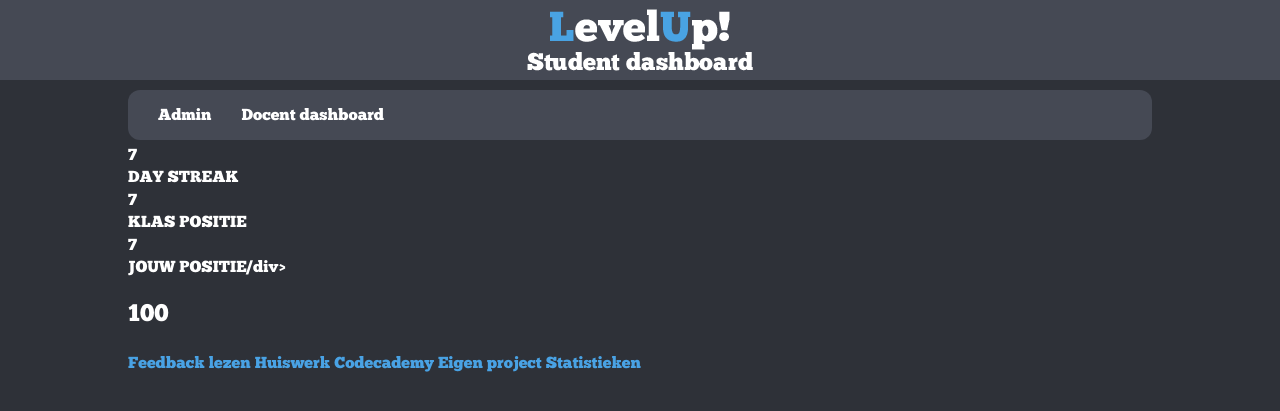
Repository: boblanckenburg/levelup
Page: website/src/index.html
These files come from the project's save history. The page is drawn as it stood at one moment and after the next save; the edit follows.
The browser window is 1280 px wide. The pictures show the whole page.

Above is the page before, as saved 2014-10-07 13:13:35.

### website/src/index.html
<!doctype html>
<html class="no-js" id="html" lang="">
    <head>
        <meta charset="utf-8">
        <meta http-equiv="X-UA-Compatible" content="IE=edge">
        <title>LevelUp</title>
        <meta name="description" content="">
        <meta name="viewport" content="width=device-width, initial-scale=1">

        <!-- Place favicon.ico and apple-touch-icon(s) in the root directory -->

        <link rel="stylesheet" href="css/main.css">
        <script src="js/main.js"></script>
        <script src="js/vendor/modernizr-2.8.3.min.js"></script>
    </head>
    <body>
        <!--[if lt IE 8]>
            <p class="browsehappy">You are using an <strong>outdated</strong> browser. Please <a href="http://browsehappy.com/">upgrade your browser</a> to improve your experience.</p>
        <![endif]-->

		<div class="dashboard">
			<section class="header"></section>
			<section class="menu">
				<a>Admin</a>
				<a>Docent dashboard</a>
			</section>
			<div class="content">

				<section class="streaks">
					<div class="streakitem">
						<div class="score">7</div>
						<div class="name">DAY STREAK</div>
					</div>
					<div class="streakitem">
						<div class="score">7</div>
						<div class="name">KLAS POSITIE</div>
					</div>
					<div class="streakitem">
						<div class="score">7</div>
						<div class="name">JOUW POSITIE/div>
					</div>
				</section>

				<section class="levelcounter">
					<h1>100</h1>
				</section>

				<section class="actionbar">
					<a>Feedback lezen</a>
					<a>Huiswerk</a>
					<a>Codecademy</a>
					<a>Eigen project</a>
					<a>Statistieken</a>
				</section>

			</div>
		</div>
    </body>
</html>

### website/src/css/main.css
/*
 * What follows is the result of much research on cross-browser styling.
 * Credit left inline and big thanks to Nicolas Gallagher, Jonathan Neal,
 * Kroc Camen, and the H5BP dev community and team.
 */

/* ==========================================================================
   Base styles: opinionated defaults
   ========================================================================== */

/*
bg-gray: #2e3138;
bg-light-gray: #454954;
bg-blue: #49a2e4;
neon-blue: #01d1ff;
*/

html {
    color: #222;
    font-size: 1em;
    line-height: 1.4;
	margin: 0px;
	background: #2e3138;
	color: white;
	text-decoration: none;
	font-weight: normal;
}

/* ==========================================================================
   Author's custom styles
   ========================================================================== */


@font-face {
    font-family: chunkfivefont;
    src: url(Chunkfive.otf);
}


body {
    font-family: chunkfivefont;
    color: white;
    height:100%;
	margin: 0px;
	overflow-x: scroll;
	overflow-style: marquee-line;
}

a
{
	color: #49a2e4;

}

h1, h2, h3
{
	font-weight: normal;
}

.dashboard,
{
	height:100%;
	width:100%;
}

.content
{
	height: 100%;
	width: 100%;
}

.header
{
    background: #454953;
	width: 100%;
	height:80px;
	margin: 0px auto 0px auto;

	background-image: url('../img/dashboardlogo.png');
	background-position: center;
	background-repeat: no-repeat;
	background-color: #454954;
}

.header #welcome
{
	width: 200px;
	float:right;
	color: white;
	margin 0px auto 0px auto;
	padding: 0px 10px 0px 0px;
}

.header #welcome p
{
	float: right;
	display: block;
	font-size: 0.7em;
	margin: 10px 10px 5px 0px;
}

.header #welcome a
{
	float: right;
	display: block;
	height:20px;
	width: 100px;
	text-align: center;
	font-size: 0.8em;
	color: white;
	text-decoration: none;
	padding:5px 20px 5px 20px;
	margin: 0px 10px 0px 0px;

	background-color: #49a2e4;
	border-radius: 6px;
}

.menu
{
    background: #2e3138;
	width:80%;
	height:100%;
	min-height:50px;
	margin: 10px auto 5px auto;
	background: #454954;
	border-radius: 12px;
	display: block;
}

.menu a, a:visited
{
	display: block;
	float:left;
	height: 35px;
	text-align: center;
	padding: 15px 0px 0px 30px;
	text-decoration: none;
	color: white;
}

.menu a:hover
{
	color: #49a2e4;
}

.content {
	width: 80%;
	height: 350px;
	margin: auto;
}

.container {
	margin: 0px auto 0px auto;
	width:100%;
	display: inline;
}


/* ==========================================================================
   Helper classes
   ========================================================================== */

/*
 * Hide visually and from screen readers: h5bp.com/u
 */

.hidden {
    display: none !important;
    visibility: hidden;
}

/*
 * Hide only visually, but have it available for screen readers: h5bp.com/v
 */

.visuallyhidden {
    border: 0;
    clip: rect(0 0 0 0);
    height: 1px;
    margin: -1px;
    overflow: hidden;
    padding: 0;
    position: absolute;
    width: 1px;
}

/*
 * Extends the .visuallyhidden class to allow the element to be focusable
 * when navigated to via the keyboard: h5bp.com/p
 */

.visuallyhidden.focusable:active,
.visuallyhidden.focusable:focus {
    clip: auto;
    height: auto;
    margin: 0;
    overflow: visible;
    position: static;
    width: auto;
}

/*
 * Hide visually and from screen readers, but maintain layout
 */

.invisible {
    visibility: hidden;
}

/*
 * Clearfix: contain floats
 *
 * For modern browsers
 * 1. The space content is one way to avoid an Opera bug when the
 *    `contenteditable` attribute is included anywhere else in the document.
 *    Otherwise it causes space to appear at the top and bottom of elements
 *    that receive the `clearfix` class.
 * 2. The use of `table` rather than `block` is only necessary if using
 *    `:before` to contain the top-margins of child elements.
 */

.clearfix:before,
.clearfix:after {
    content: " "; /* 1 */
    display: table; /* 2 */
}

.clearfix:after {
    clear: both;
}

/* ==========================================================================
   EXAMPLE Media Queries for Responsive Design.
   These examples override the primary ('mobile first') styles.
   Modify as content requires.
   ========================================================================== */

@media only screen and (min-width: 35em) {
    /* Style adjustments for viewports that meet the condition */
}

@media print,
       (-o-min-device-pixel-ratio: 5/4),
       (-webkit-min-device-pixel-ratio: 1.25),
       (min-resolution: 120dpi) {
    /* Style adjustments for high resolution devices */
}

/* ==========================================================================
   Print styles.
   Inlined to avoid the additional HTTP request: h5bp.com/r
   ========================================================================== */

@media print {
    *,
    *:before,
    *:after {
        background: transparent !important;
        color: #000 !important; /* Black prints faster: h5bp.com/s */
        box-shadow: none !important;
        text-shadow: none !important;
    }

    a,
    a:visited {
        text-decoration: underline;
    }

    a[href]:after {
        content: " (" attr(href) ")";
    }

    abbr[title]:after {
        content: " (" attr(title) ")";
    }

    /*
     * Don't show links that are fragment identifiers,
     * or use the `javascript:` pseudo protocol
     */

    a[href^="#"]:after,
    a[href^="javascript:"]:after {
        content: "";
    }

    pre,
    blockquote {
        border: 1px solid #999;
        page-break-inside: avoid;
    }

    thead {
        display: table-header-group; /* h5bp.com/t */
    }

    tr,
    img {
        page-break-inside: avoid;
    }

    img {
        max-width: 100% !important;
    }

    p,
    h2,
    h3 {
        orphans: 3;
        widows: 3;
    }

    h2,
    h3 {
        page-break-after: avoid;
    }
}

### website/src/js/main.js

//set up height of the html element so 100% height spans the entire screen
document.getElementById("html").style.height=window.innerHeight+"px";

Loaded but not shown: website/src/js/vendor/modernizr-2.8.3.min.js (library)

After the next save:
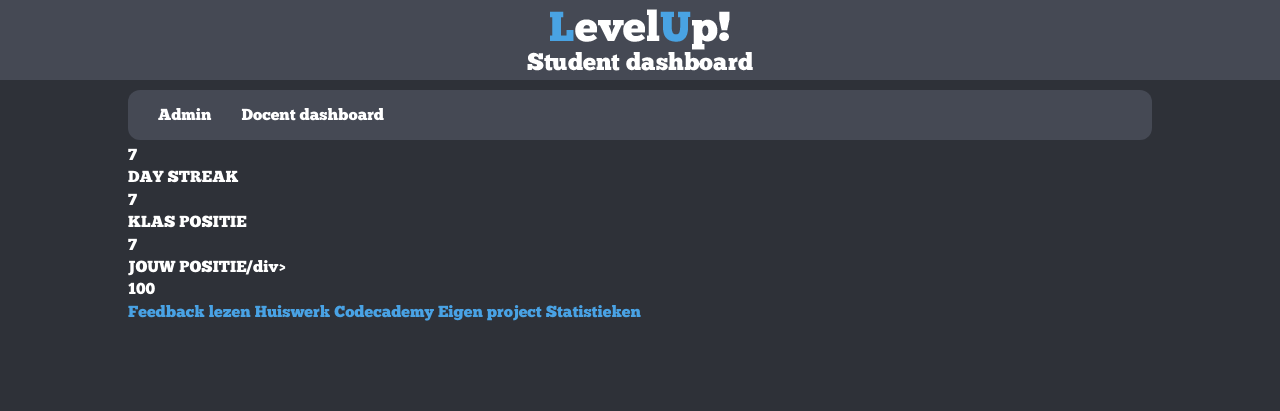
Saved 16 s later.
--- a/website/src/index.html
+++ b/website/src/index.html
@@ -42,7 +42,7 @@
 				</section>
 
 				<section class="levelcounter">
-					<h1>100</h1>
+					<div class="score">100</div>
 				</section>
 
 				<section class="actionbar">
